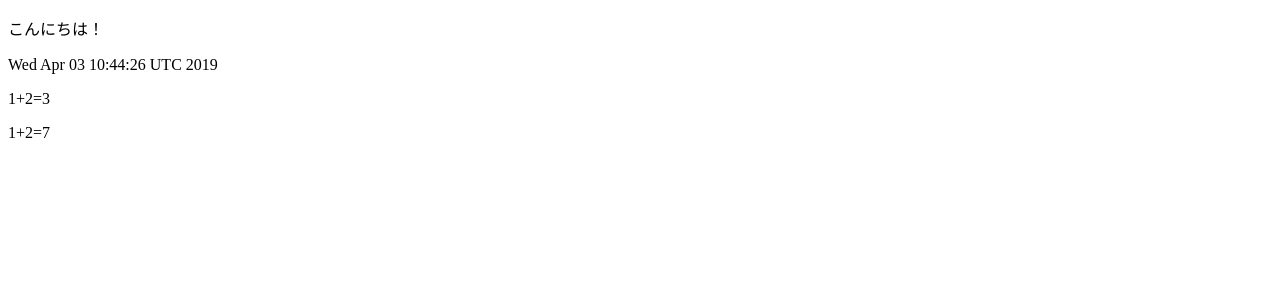
Repository: Higa111/test
Page: http://localhost/HelloJSP/
These files come from the project's save history. The page is drawn as it stood at one moment and after the next save; the edit follows.
The browser window is 1280 px wide. The pictures show the whole page.
The page is served by Tomcat 9.

Above is the page before, as saved 2019-04-03 11:11:29.

After the next save:
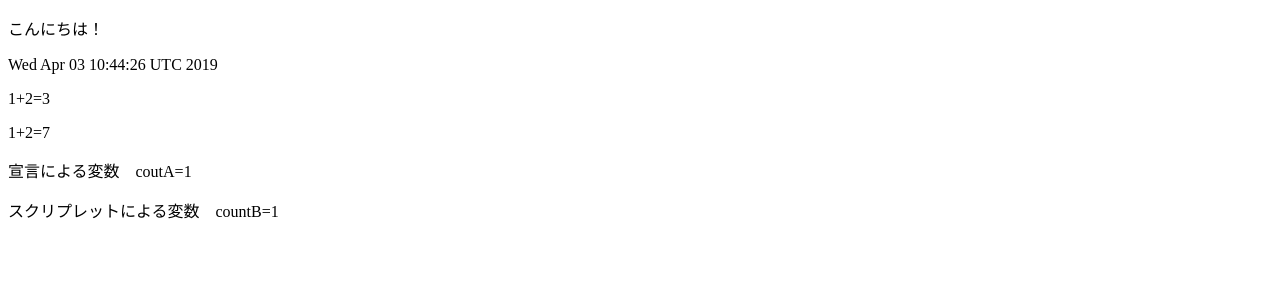
Saved 4 min 45 s later.
--- a/HelloJSP/WebContent/index.jsp
+++ b/HelloJSP/WebContent/index.jsp
@@ -16,7 +16,20 @@
 	}
 	%>
 
-<p>1+2=<%=add(1,2) %></p>
-<p>1+2=<%=add(3,4) %></p>
+	<p>1+2=<%=add(1,2) %></p>
+	<p>1+2=<%=add(3,4) %></p>
+
+<%! static int countA=0; %>
+<%
+int countB=0;
+
+countA++;
+countB++;
+%>
+
+<p>宣言による変数　coutA=<%=countA %></p>
+<p>スクリプレットによる変数　countB=<%=countB %></p>
+
+
 </body>
 </html>
